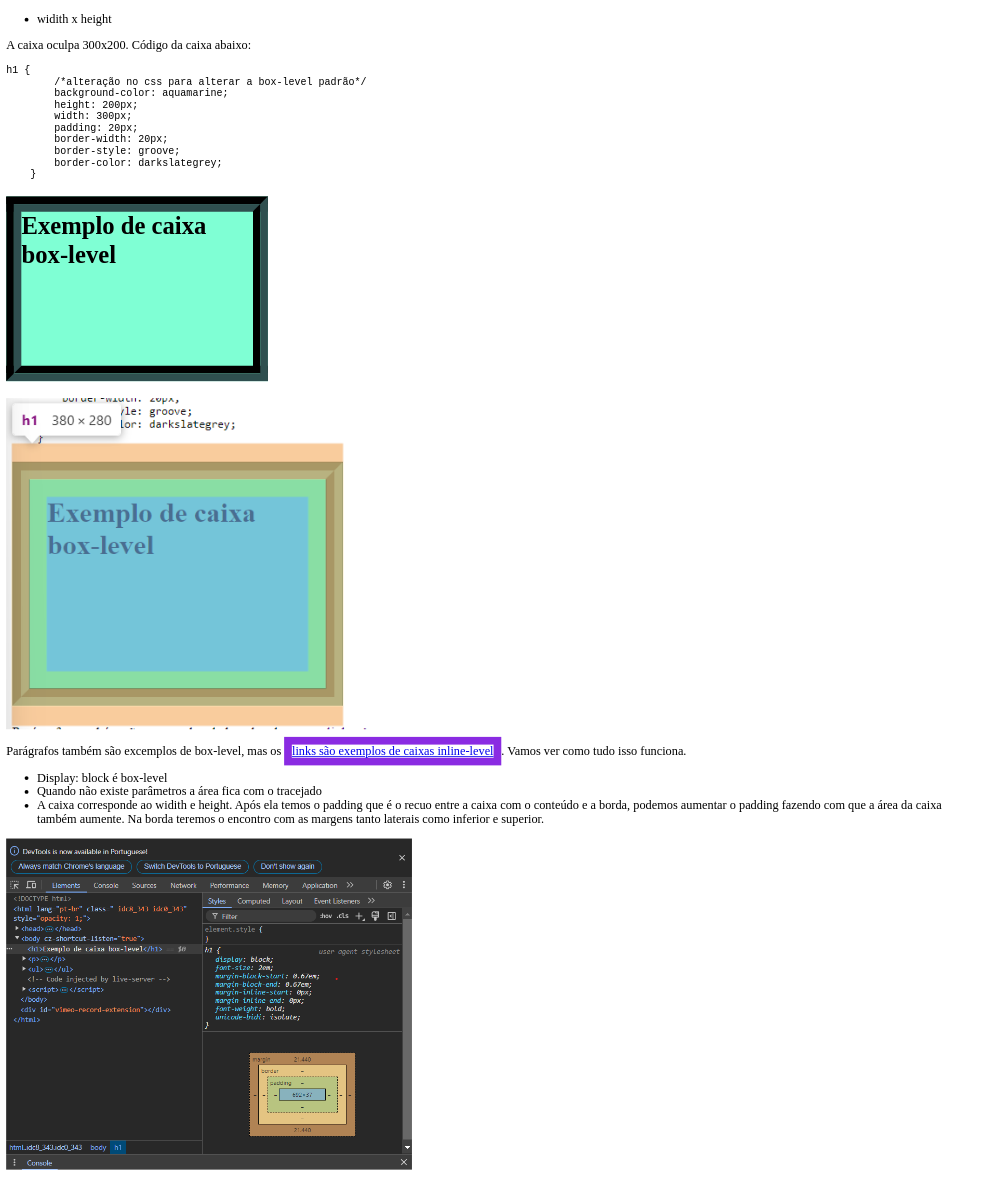
Repository: Willcmorais/vscode-workspace
Page: html-css/curso-em-video/modulo02/estudos/ex026-caixas/caixa01.html
These files come from the project's save history. The page is drawn as it stood at one moment and after the next save; the edit follows.
The browser window is 1280 px wide. The pictures show the whole page, at 77% of full size.

Above is the page before, as saved 2024-09-24 10:49:52.

### html-css/curso-em-video/modulo02/estudos/ex026-caixas/caixa01.html
<!DOCTYPE html>
<html lang="pt-br">

<head>
    <meta charset="UTF-8">
    <meta name="viewport" content="width=device-width, initial-scale=1.0">
    <link rel="stylesheet" href="style.css">
    <title>Modelo de Caixas</title>
</head>

<body>
    <ul>
        <li>widith x height</li>
    </ul>
    <p>A caixa oculpa 300x200. Código da caixa abaixo:</p>
    <pre><code>h1 {
        /*alteração no css para alterar a box-level padrão*/
        background-color: aquamarine;
        height: 200px;
        width: 300px;
        padding: 20px;
        border-width: 20px;
        border-style: groove;
        border-color: darkslategrey;
    }</code></pre>
    <h1>Exemplo de caixa box-level</h1>
    <img src="imgs/img2.png" alt="detalhes">
    <p>
        Parágrafos também são excemplos de box-level, mas os <a href="#">links são exemplos de caixas inline-level</a>.
        Vamos ver como tudo isso funciona.</p>
    <ul>
        <li>Display: block é box-level</li>
        <li>Quando não existe parâmetros a área fica com o tracejado</li>
        <li>A caixa corresponde ao widith e height. Após ela temos o padding que é o recuo entre a caixa com o conteúdo
            e a borda, podemos aumentar o padding fazendo com que a área da caixa também aumente. Na borda teremos o
            encontro com as margens tanto laterais como inferior e superior.</li>
    </ul>

    <img src="imgs/img1.png" alt="devltools caixas">
</body>

</html>

### html-css/curso-em-video/modulo02/estudos/ex026-caixas/style.css
@charset "utf8";

h1 {
    /*alteração no css para alterar a box-level padrão*/
    background-color: aquamarine;
    height: 200px;
    width: 300px;
    padding-top: ;
    padding-right: ;
    padding-bottom: ;
    padding-left: ;
    /*padding: 20px;*/
    border-width: 20px;
    border-style: groove;
    border-color: darkslategrey;
}

/*parâmetro em css para a ancora*/
a {
    border-width: 10px;
    border-style: solid;
    border-color: blueviolet;
}

img {
    height: 430px;
}

After the next save:
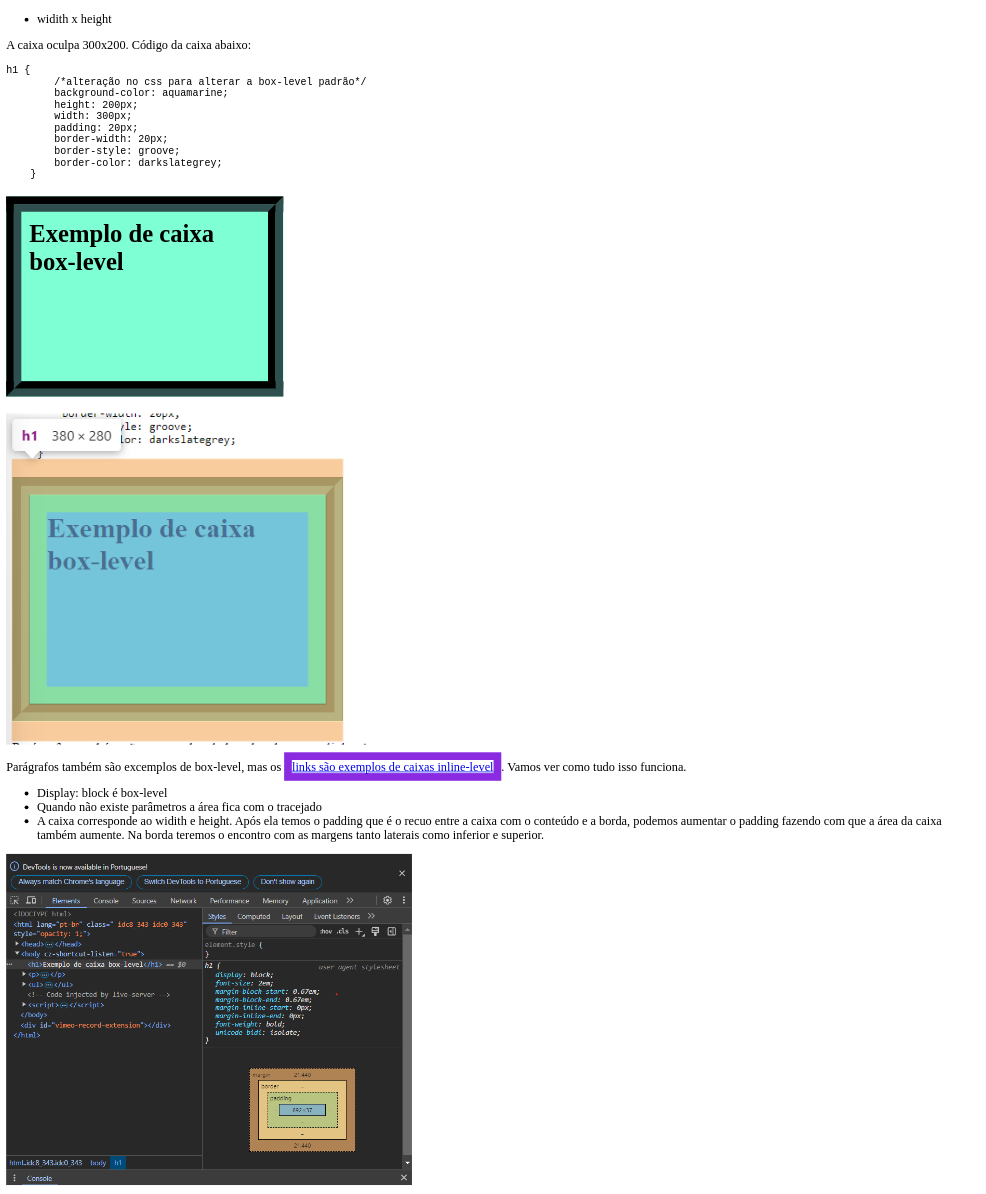
Saved 6 s later.
--- a/html-css/curso-em-video/modulo02/estudos/ex026-caixas/style.css
+++ b/html-css/curso-em-video/modulo02/estudos/ex026-caixas/style.css
@@ -5,10 +5,10 @@ h1 {
     background-color: aquamarine;
     height: 200px;
     width: 300px;
-    padding-top: ;
-    padding-right: ;
-    padding-bottom: ;
-    padding-left: ;
+    padding-top: 10px;
+    padding-right: 10px;
+    padding-bottom: 10px;
+    padding-left: 10px;
     /*padding: 20px;*/
     border-width: 20px;
     border-style: groove;
